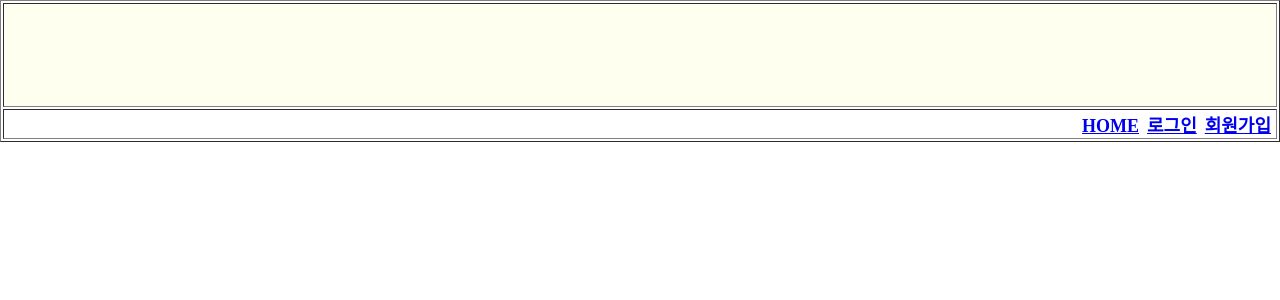
Repository: CHANGMAN-LEE/Java_ee
Page: workspace/test/WebContent/test/index.html
The author's editor kept a copy of each file at every save. The page is drawn from the files as they stood at one save, then again after the next save.
The browser window is 1280 px wide. The pictures show the whole page.

Above is the page before, as saved 2020-07-09 05:46:59.

After the next save:
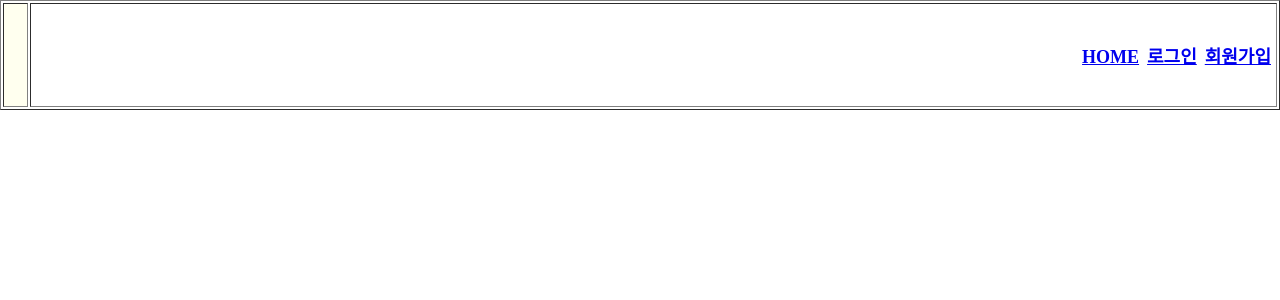
Saved 28 s later.
--- a/workspace/test/WebContent/test/index.html
+++ b/workspace/test/WebContent/test/index.html
@@ -8,12 +8,11 @@
 <table style="width: 100%; height: 100%" border="1">
 	<tr>
 		<td height="100" colspan="2" align="center" style="background-color:#FFFFEBCD">
-			<tr>
 				<td align="right">
 					<a href="../test/index.jsp"><font size="4"><strong>HOME</strong></font></a>&nbsp;
 					<a href="../test/loginForm.jsp"><font size="4"><strong>로그인</strong></font></a>&nbsp;
 					<a href="../test/writeForm.jsp"><font size="4"><strong>회원가입</strong></font></a>&nbsp;
-			</tr>
+				</td>
 		</td>
 	</tr>
 </table>

After the save that followed:
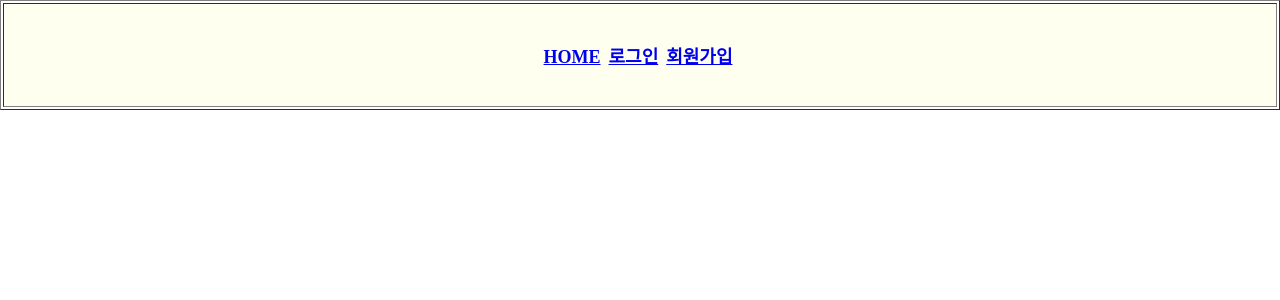
Saved 13 s later.
--- a/workspace/test/WebContent/test/index.html
+++ b/workspace/test/WebContent/test/index.html
@@ -8,11 +8,9 @@
 <table style="width: 100%; height: 100%" border="1">
 	<tr>
 		<td height="100" colspan="2" align="center" style="background-color:#FFFFEBCD">
-				<td align="right">
-					<a href="../test/index.jsp"><font size="4"><strong>HOME</strong></font></a>&nbsp;
-					<a href="../test/loginForm.jsp"><font size="4"><strong>로그인</strong></font></a>&nbsp;
-					<a href="../test/writeForm.jsp"><font size="4"><strong>회원가입</strong></font></a>&nbsp;
-				</td>
+				<a href="../test/index.jsp"><font size="4"><strong>HOME</strong></font></a>&nbsp;
+				<a href="../test/loginForm.jsp"><font size="4"><strong>로그인</strong></font></a>&nbsp;
+				<a href="../test/writeForm.jsp"><font size="4"><strong>회원가입</strong></font></a>&nbsp;
 		</td>
 	</tr>
 </table>
